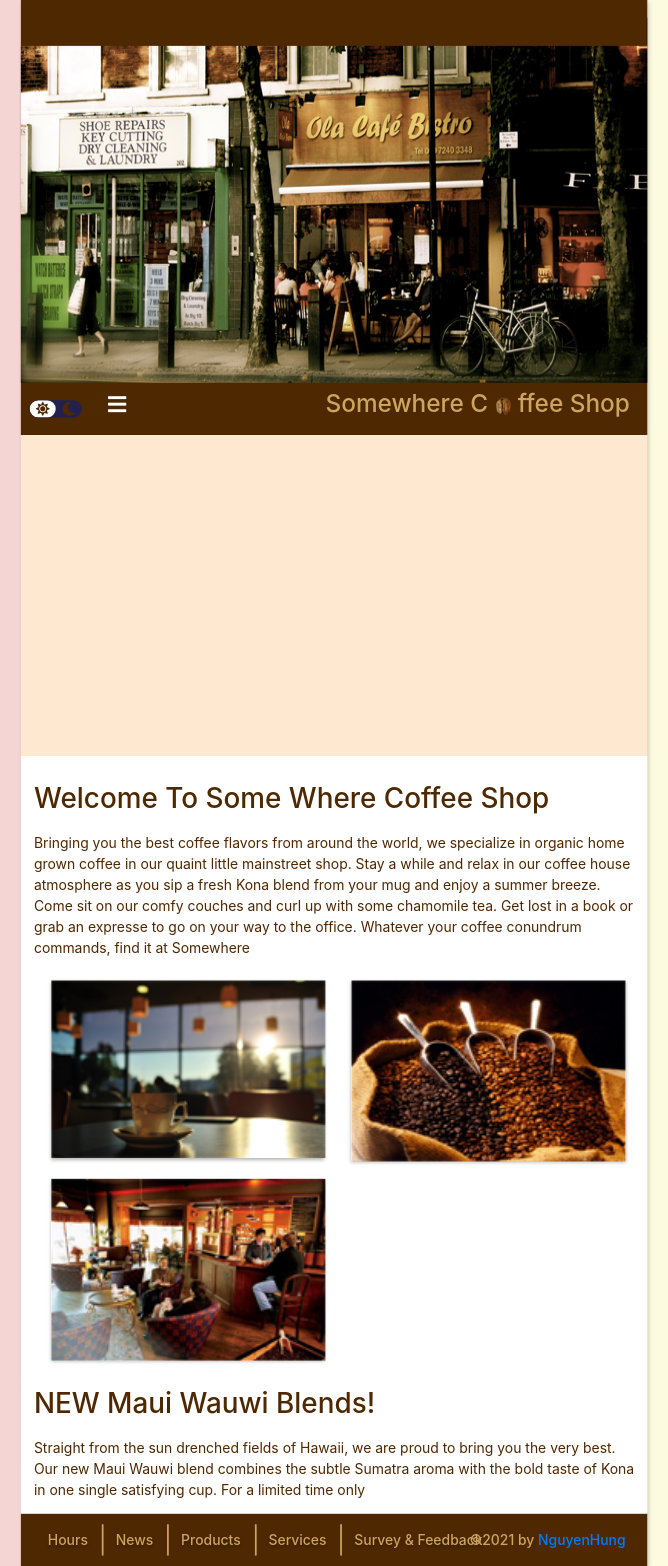
Repository: Hunga9k50doker/SomeWhereCoffeeShop
Page: index.html
An editor plug-in stored every save of this project. The page is shown before and after a run of saves, followed by the edit.
The browser window is 768 px wide. The pictures show the whole page, at 87% of full size.
Some web libraries are served in a nearby version.

Above is the page before, as saved 2021-12-10 11:17:32.

After the next 3 saves:
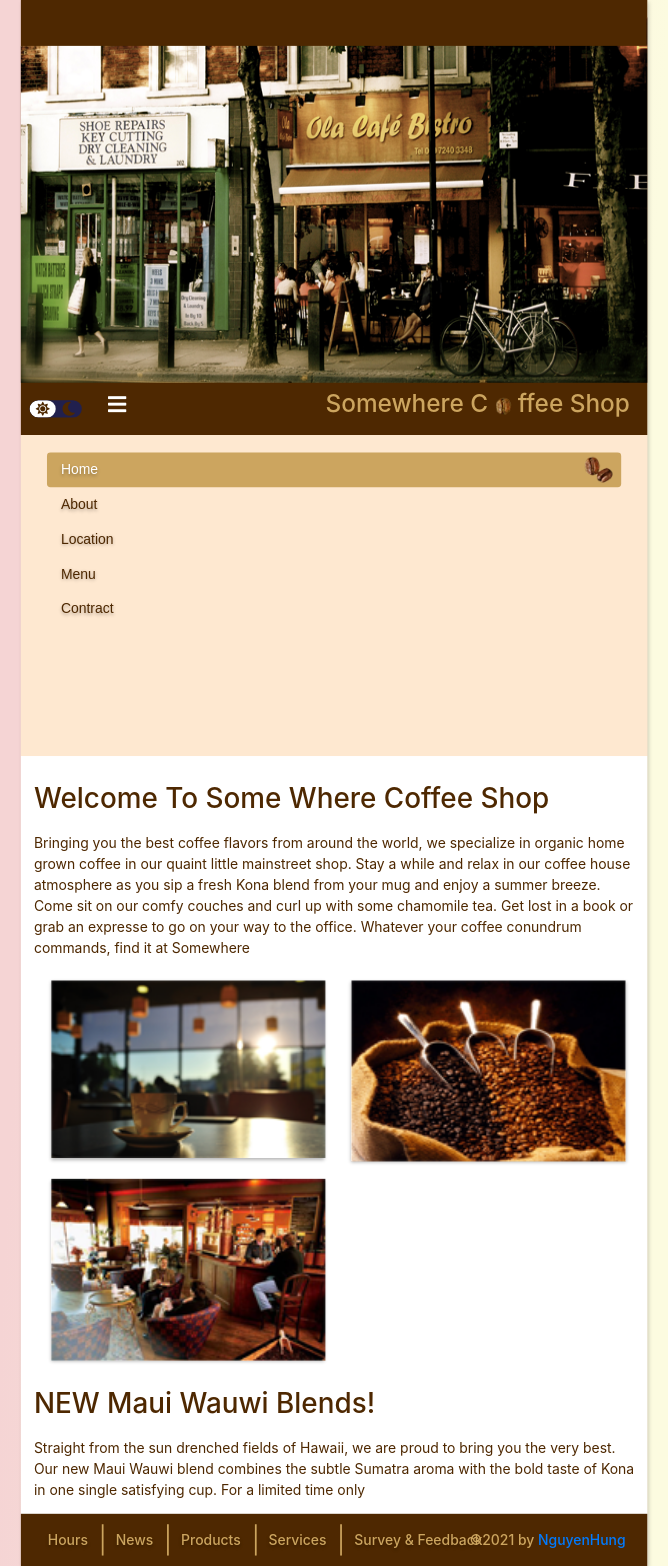
The 3 saves are shown as one change because they came seconds apart.
The last was saved 14 s later.
--- a/css/responsive.css
+++ b/css/responsive.css
@@ -12,7 +12,7 @@
           transform-origin:  center top;
         transform: scaleY(1);
     }
-     .col.col-xxl-3.col-lg-3.col-md-12.col-sm-12.side__bar__md.active{
+     .col.col-xxl-3.col-lg-3.col-md-12.col-sm-12.side__bar__md:not(.active){
           transform-origin:  center top;
         transform: scaleY(1);
     }

After the 2 saves that followed:
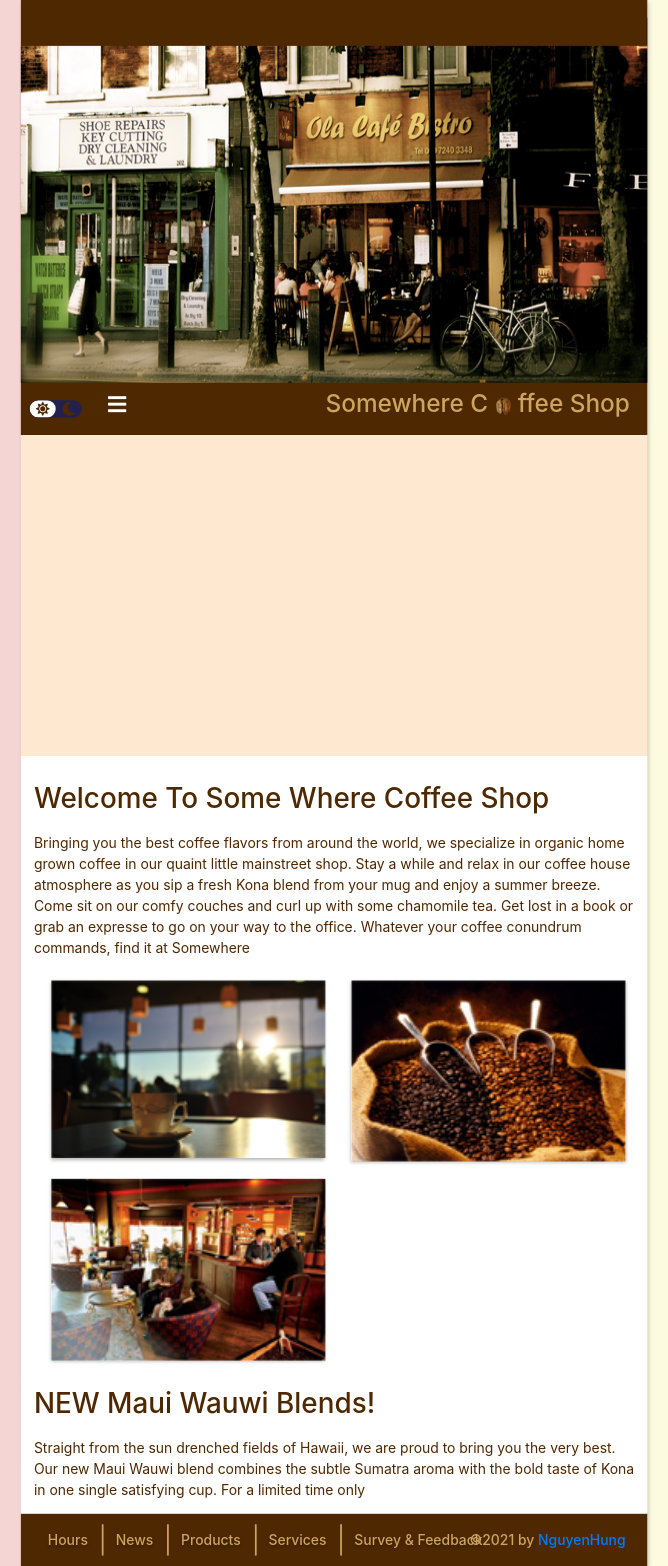
The 2 saves are shown as one change because they came seconds apart.
The last was saved 9 s later.
--- a/css/responsive.css
+++ b/css/responsive.css
@@ -13,14 +13,14 @@
         transform: scaleY(1);
     }
      .col.col-xxl-3.col-lg-3.col-md-12.col-sm-12.side__bar__md:not(.active){
-          transform-origin:  center top;
-        transform: scaleY(1);
+        transform: scaleY(0) ;
+        transform-origin: top center;
     }
     .side__bar__md{
         transition: all 0.3s ;
 
     }
-    .side__bar__md:not(.active){
+    /* .side__bar__md:not(.active){
         transform: scaleY(0) ;
         transform-origin: top center;
     }
@@ -29,6 +29,6 @@
         transform-origin:  center top;
         transform: scaleY(1);
 
-    }
+    } */
 
 }
